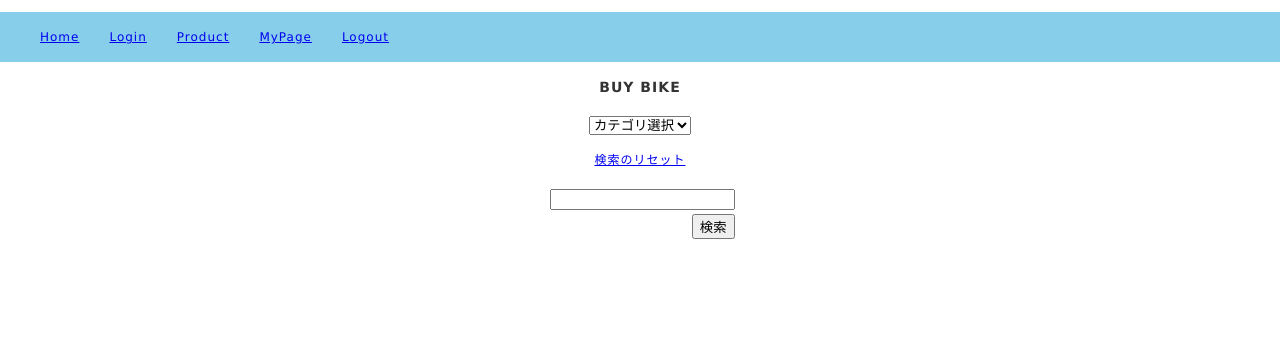
Repository: RYOYAEGAWA/test
Page: http://localhost/ecsite_a/bike.jsp
These files come from the project's save history. The page is drawn as it stood at one moment and after the next save; the edit follows.
The browser window is 1280 px wide. The pictures show the whole page.
The page is served by Tomcat 9.

Above is the page before, as saved 2018-05-30 02:10:08.

After the next save:
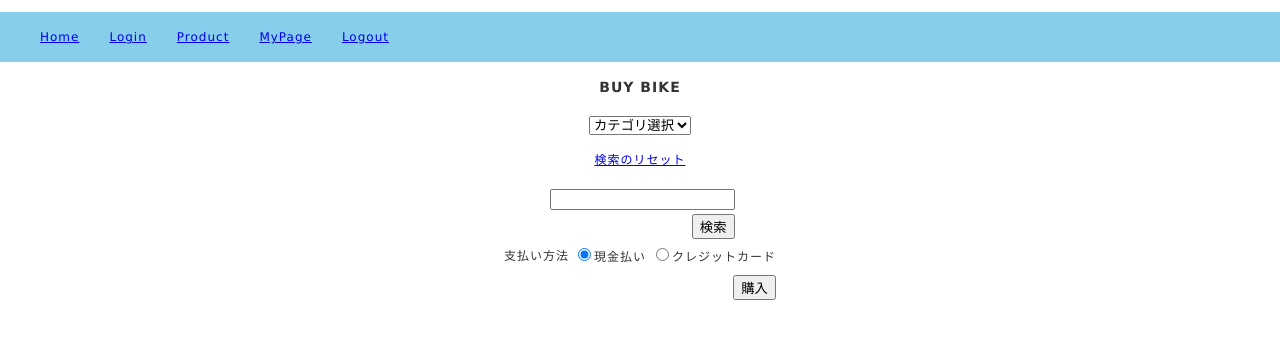
Saved 2 min 0 s later.
--- a/java/Eclipse_Data/ecsite_a/WebContent/bike.jsp
+++ b/java/Eclipse_Data/ecsite_a/WebContent/bike.jsp
@@ -315,9 +315,25 @@
 				</s:else>
 			</div>
 
-
 	</s:iterator>
 	</s:else>
+
+					<tr>
+							<td>
+									<span>支払い方法</span>
+							</td>
+							<td>
+									<input type="radio" name="pay" value="1" checked="checked">現金払い
+									<input type="radio" name="pay" value="2">クレジットカード
+							</td>
+					</tr>
+					<tr>
+							<td>
+									<s:submit value="購入"/>
+							</td>
+					</tr>
+
+
 </s:form>
 </table>
 
